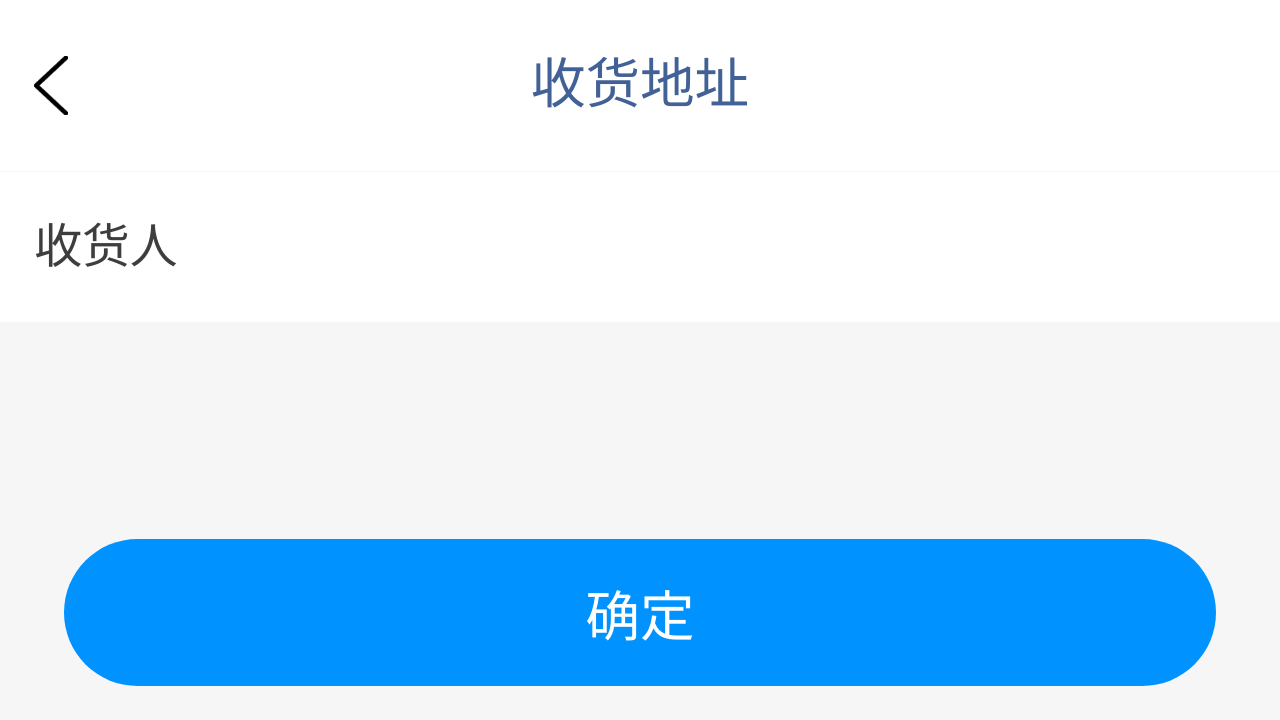
Repository: 421538074/sell
Page: consumer/address-list.html
The author's editor kept a copy of each file at every save. The page is drawn from the files as they stood at one save, then again after the next save.
The browser window is 1280 px wide. The pictures show the whole page.

Above is the page before, as saved 2019-06-03 16:46:39.

After the next save:
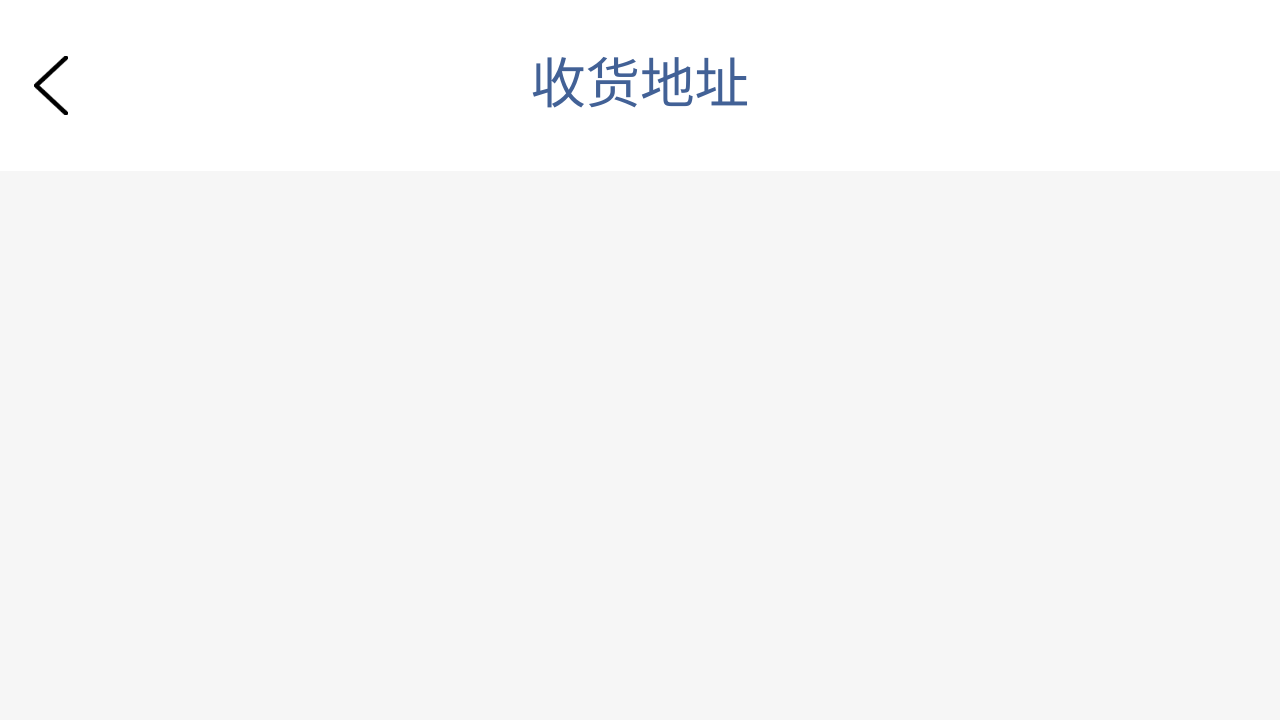
Not found: consumer/css/address-list.css
Saved 27 s later.
--- a/consumer/address-list.html
+++ b/consumer/address-list.html
@@ -6,10 +6,9 @@
     <meta name="viewport" content="width=device-width, initial-scale=1.0">
     <meta http-equiv="X-UA-Compatible" content="ie=edge">
     <title>收货地址</title>
-    <link rel="stylesheet" href="../css/jquery.weui.css">
     <link rel="stylesheet" href="../css/base.css">
     <link rel="stylesheet" href="css/common.css">
-    <link rel="stylesheet" href="css/manage-address.css">
+    <link rel="stylesheet" href="css/address-list.css">
 </head>
 
 <body>

After the 2 saves that followed:
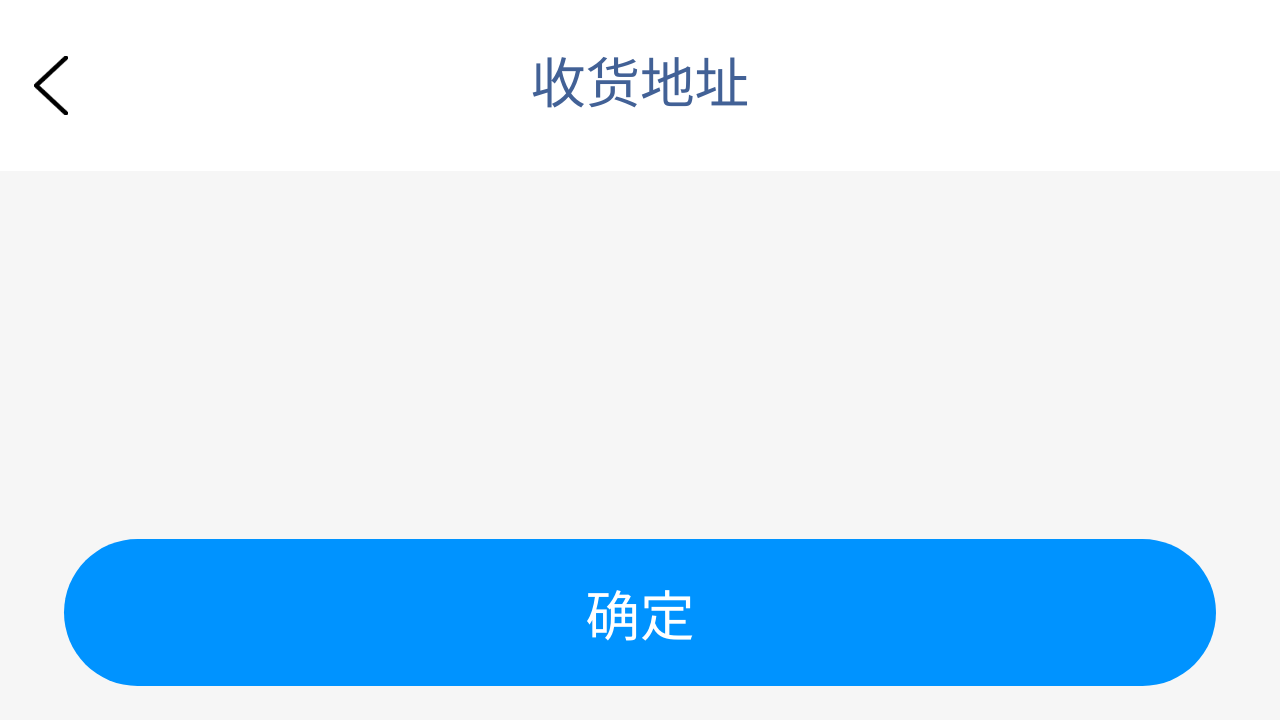
The 2 saves are shown as one change because they came seconds apart.
The last was saved 9 s later.
--- /dev/null
+++ b/consumer/css/address-list.css
@@ -0,0 +1,18 @@
+.confirm-wrapper {
+    position: fixed;
+    width: 100%;
+    bottom: 0;
+    background: #f6f6f6;
+}
+button.confirm-add {
+    background: #0093FF;
+    border: none;
+    outline: 0;
+    color: #FFFFFF;
+    width: 90%;
+    display: block;
+    margin: 1rem auto;
+    padding: 1rem;
+    border-radius: 10rem;
+    font-size: 1.6rem;
+}
